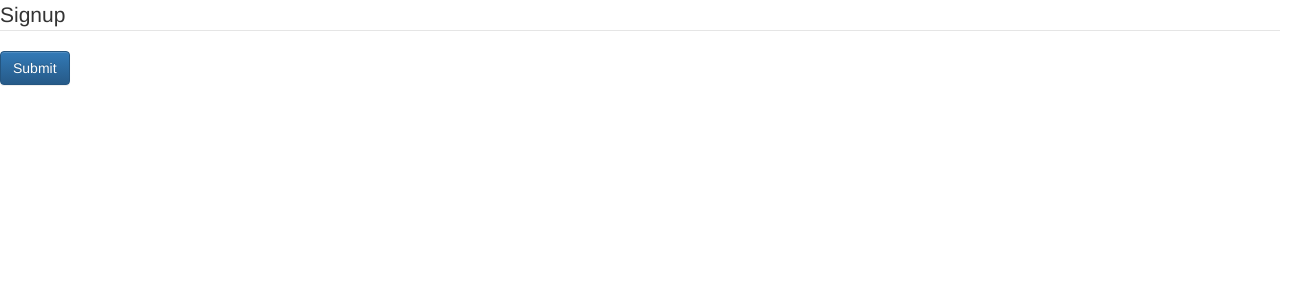
Repository: tkavukat/my-repo
Page: signup.html
The author's editor kept a record of every edit. The page is drawn from the files as they stood at one moment, then again after the next edit.
The browser window is 1280 px wide. The page is 1280 px wide, then 1295 px, so the pictures cover 1295 px, including what lies to the right of the window. The pictures show the whole page.
Some web libraries are served in a nearby version.

Above is the page before.

### signup.html
<!DOCTYPE html>
<html ng-app>
    <head>
        <meta http-equiv="content-type" content="text/html; charset=utf-8" />
        <title>signup</title>
        <!-- Latest compiled and minified CSS -->
        <link rel="stylesheet" href="https://maxcdn.bootstrapcdn.com/bootstrap/3.2.0/css/bootstrap.min.css">
        <!-- Optional theme -->
        <link rel="stylesheet" href="https://maxcdn.bootstrapcdn.com/bootstrap/3.2.0/css/bootstrap-theme.min.css">
    </head>
    <body>
        <form name="signup_form" novalidate ng-submit="signupForm()">
            <div class="bg-danger" ng-show="signup_form.name.$dirty && signup_form.name.$invalid">
                <small class="text-danger" ng-show="signup_form.name.$error.required">Your name is required!</small>
                <small class="text-danger" ng-show="signup_form.name.$error.minlength">Name required to be more than 3 characters.</small>
                <small class="text-danger" ng-show="signup_form.name.$error.maxlength">Name shouldn't excide 10 characters.</small>
            </div>
            <fieldset>
                <legend><span>Signup</span></legend>
                <div class="row">
                    <div class="large 12-columns">

                    </div>
                </div>

                <input type="submit" value="Submit" class="btn btn-primary" />
            </fieldset>
        </form>
        <script src="//ajax.googleapis.com/ajax/libs/jquery/2.1.1/jquery.min.js"></script>
        <script src="https://ajax.googleapis.com/ajax/libs/angularjs/1.2.0/angular.min.js"></script>
        <!-- Latest compiled and minified JavaScript -->
        <script src="https://maxcdn.bootstrapcdn.com/bootstrap/3.2.0/js/bootstrap.min.js"></script>
    </body>
</html

After the next edit:
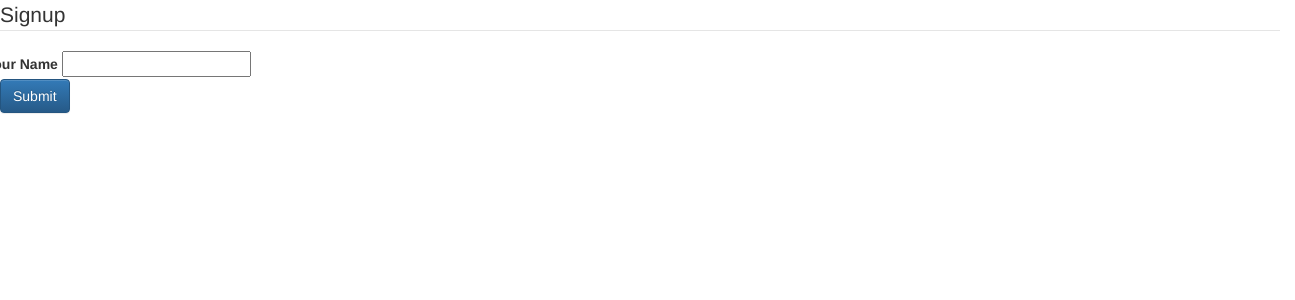
The edit:
--- a/signup.html
+++ b/signup.html
@@ -19,7 +19,8 @@
                 <legend><span>Signup</span></legend>
                 <div class="row">
                     <div class="large 12-columns">
-
+                        <label>Your Name</label>
+                        <input type="text" name="name" ng-model="signup.name" ng-minlength="3" ng-maxlength="10" required />
                     </div>
                 </div>
 
